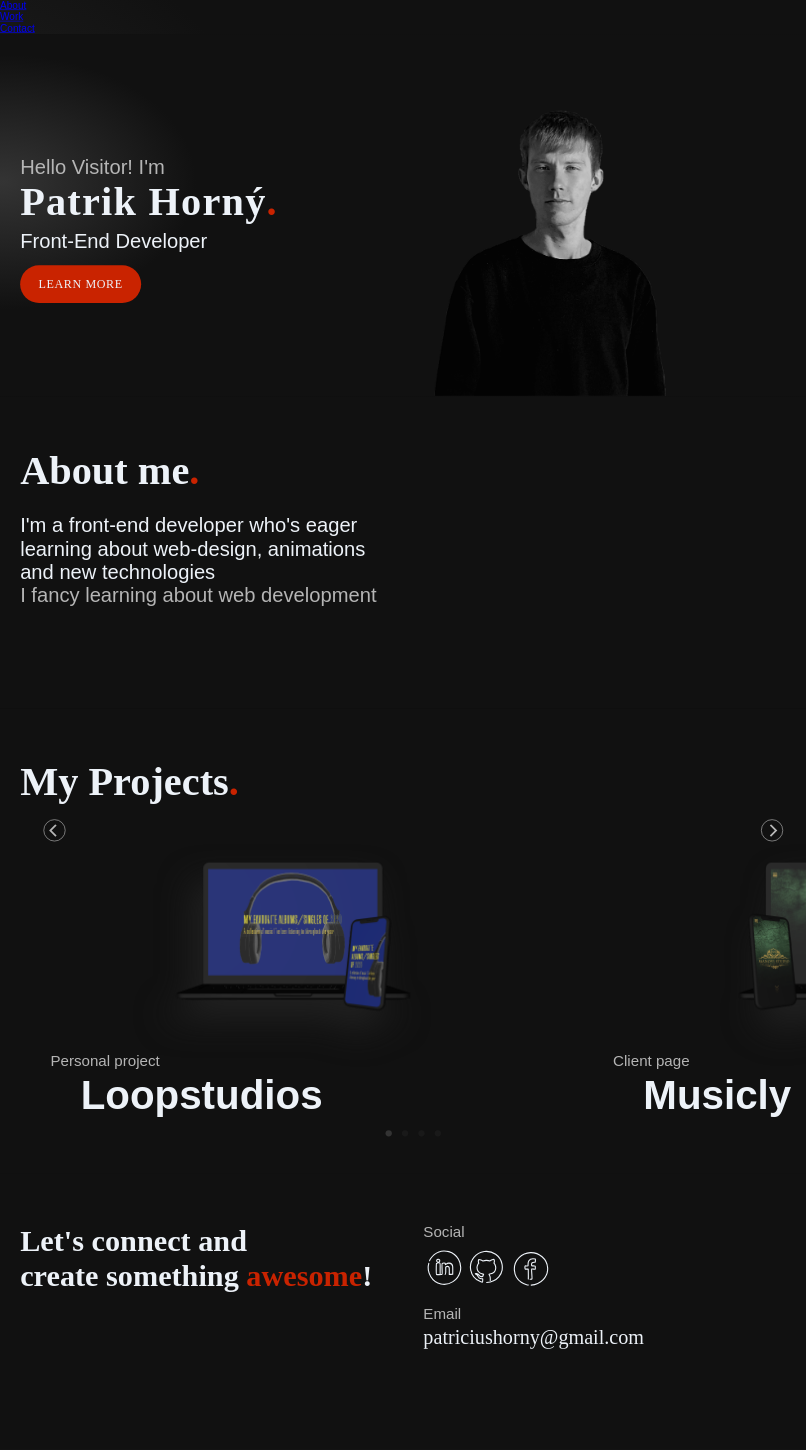
Repository: Spreceriany/portfolio
Page: index.html
These files come from the project's save history. The page is drawn as it stood at one moment and after the next save; the edit follows.
The browser window is 1280 px wide. The pictures show the whole page, at 63% of full size.
Some web fonts or font styles are not loaded; a fallback is used. The style sheet was rebuilt from its Sass, Less or Tailwind sources for each picture, by a compiler version that may differ from the author's.

Above is the page before, as saved 2021-03-11 12:28:37.

### index.html
<!DOCTYPE html>
<html lang="en">

<head>
    <meta charset="UTF-8">
    <meta http-equiv="X-UA-Compatible" content="IE=edge">
    <meta name="viewport" content="width=device-width, initial-scale=1.0">
    <title>Patrik Horny | Portfolio</title>
    <link rel="stylesheet" href="css/style.css">
    <link rel="preconnect" href="https://fonts.gstatic.com">
    <link href="https://fonts.googleapis.com/css2?family=Asul&family=Chivo:wght@900&display=swap" rel="stylesheet">
    <link rel="stylesheet" href="https://unpkg.com/flickity@2/dist/flickity.min.css">

</head>

<body>
    <header>
        <nav>
            <ul>
                <li><a href="#">About</a></li>
                <li><a href="#">Work</a></li>
                <li><a href="#">Contact</a></li>
            </ul>
            <div class="burger">
                <div class="line1"></div>
                <div class="line2"></div>
                <div class="line3"></div>
            </div>
        </nav>
    </header>

    <main>
        <section class="hero">
            <div class="hero__left-col">
                <p class="gray">Hello Visitor! I'm</p>
                <h1>Patrik Horný<span class="orange">.</span></h1>
                <p>Front-End Developer</p>
                <a href="#" class="btn">Learn more</a>

            </div>
            <div class="hero__right-col">
                <img src="./img/my_photo.png" alt="my-photo">

            </div>
        </section>

        <section class="about">
            <div class="about__left-col">
                <h2>About me<span class="orange">.</span></h2>
                <p>I'm a front-end developer who's eager learning about web-design, animations and new technologies
                </p>
                <p class="gray">I fancy learning about web development</p>
            </div>


        </section>

        <section class="work">
            <h2>My Projects<span class="orange">.</span></h2>
            <div class="carousel">

                <a class="work__item" href="https://musicly2020.netlify.app/">
                    <div class="block">
                        <img srcset="./img/musicly-mob/musicly-sm_aquzlh_c_scale,w_200.png 200w,
                        ./img/musicly-mob/musicly-sm_aquzlh_c_scale,w_662.png 611w,
                         ./img/musicly-lg.png  900w" src="./img/mobile/musicly-sm.png"  class="block-image" alt="musicly">

                        <small>Personal project</small>
                        <h3>Musicly 2020</h3>
                    </div>
                </a>

                <a class="work__item" href="https://manovistudio.dk/">
                    <div class="block">
                         <img srcset="./img/manovi-mob/manovistudio_euxpyv_c_scale,w_200.png 200w,
                         ./img/manovi-mob/manovistudio_euxpyv_c_scale,w_519.png 433w,
                         ./img/manovi-mob/manovistudio_euxpyv_c_scale,w_741.png 611w,
                         ./img/manovi-lg.png 900w"

                         src="./img/mobile/manovistudio.png" alt="manovistudio" class="block-image">
                         <small>Client page</small>
                         <h3>Manovistudio</h3>
                    </div>

                </a>

                <a class="work__item" href="https://wrappedgreen.netlify.app/">
                    <div class="block">
                          <img srcset="./img/wrapped-mob/wrapped-sm_lgvr6n_c_scale,w_200.png 200w,
                          ./img/wrapped-mob/wrapped-sm_lgvr6n_c_scale,w_583.png 433w,
                          ./img/wrapped-mob/wrapped-sm_lgvr6n_c_scale,w_848.png 644w,
                          ./img/wrapped-lg.png 900w"
                          src="./img/mobile/wrapped-sm.png" class="block-image" alt="wrappedgreen">
                          <small>Landing page</small>
                          <h3>Wrapped Green</h3>
                    </div>

                </a>



                <a class="work__item" href="https://loopstudiovr.netlify.app/">
                    <div class="block">
                        <img srcset="./img/loop-mob/loopstudios-sm_hzrmrv_c_scale,w_200.png 200w,
                        ./img/loop-mob/loopstudios-sm_hzrmrv_c_scale,w_433.png 433w,
                        ./img/loop-mob/loopstudios-sm_hzrmrv_c_scale,w_611.png 611w,
                        ./img/loop-lg.png 900w" src="./img/loop-mob/loopstudios-sm_hzrmrv_c_scale,w_200.png"
                    alt="loopstudios" class="block-image">
                        <small>Landing page</small>
                        <h3>Loopstudios</h3>

                    </div>

                </a>





            </div>

        </section>

        <section class="contact">
            <div class="contact__left-col">
                <h3>Let's connect and</h3>
                <h3>create something <span class="orange">awesome</span>! </h3>
            </div>

            <div class="contact__right-col">
                <small class="gray">Social
                </small>
                <ul>
                    <li><a href="https://www.linkedin.com/in/patrik-horn%C3%BD-42b797205/">
                            <?xml version="1.0" ?><svg height="256px" id="Layer_1" version="1.1" viewBox="0 0 256 256"
                                width="256px" xml:space="preserve" xmlns="http://www.w3.org/2000/svg"
                                xmlns:xlink="http://www.w3.org/1999/xlink">
                                <path class="st0"
                                    d="M34.367,105.308c-15.255,58.994,21.499,118.714,77.309,130.865c54.491,11.864,108.741-24.931,122.132-78.209  c13.576-54.011-18.103-112.414-72.055-127.246C77.289,8.035,39.505,84.527,39.501,88.37" />
                                <path class="st0"
                                    d="M106.662,168.972c-0.36-21.051,0.978-61.432-0.945-63.422  c-1.923-1.99-17.046-7.923-19.883-12.471c-2.838-4.548-2.011-13.662,8.126-13.674s11.419,8.666,8.78,14.31  c-2.64,5.644-17.584,9.811-19.288,12.105c-1.704,2.294-2.429,68.28,0,69.899c2.429,1.619,32.926,1.484,35.624-0.54  c2.699-2.024-3.374-67.47,0-69.09s17.407-1.889,19.162-1.079c1.754,0.81,0.675,7.692,1.889,8.366  c1.214,0.675,10.171-11.177,24.289-9.446c10.46,1.282,19.837,10.121,21.321,18.892s0.899,34.545,0.54,51.817  c-7.197,0.27-14.394,0.675-21.59,0.945c-0.27-14.574,1.08-33.6-0.81-43.586c-1.889-9.986-22.328-9.849-22.13,0  s1.619,43.586-2.699,43.451"
                                    id="linkedin" />
                            </svg>
                        </a></li>
                    <li><a href="https://github.com/Spreceriany">
                            <?xml version="1.0" ?><svg height="256px" id="Layer_2" version="1.1" viewBox="0 0 256 256"
                                width="256px" xml:space="preserve" xmlns="http://www.w3.org/2000/svg"
                                xmlns:xlink="http://www.w3.org/1999/xlink">
                                <path class="st0" d="M128.1,222.073" />
                                <path class="st0"
                                    d="M130.164,226.986c63.917-3.557,108.667-52.057,97.259-116.5c-9.288-52.47-60.722-87.613-112.739-80.577  C61.952,37.041,21.39,85.877,27.386,139.004c5.689,47.857,35.128,70.23,59.685,80.335c5.717,2.353,13.401,5.785,15.997,5.229  c2.596-0.556,1.763-14.95,1.763-21.889c-16,2.459-21.475-3.841-24.875-7.563c-3.857-4.222-6.125-8.563-10.063-14.938  s-11.063-4.875-11.813-8.563s15-2.688,26.313,11.25c8.188,10.146,16.928,7.089,21.625,4.188c0.154-1.612,0.526-3.775,1.438-6.188  c0.967-2.557,3.625-4.104,3.208-5.854c-0.417-1.75-21.804-0.577-34-17.667c-8.809-12.344-9.129-26.955-5.667-37.833  c2.322-7.297,6.196-12.443,8.833-15.417c-1.011-2.162-2.513-6.109-2.583-11.25c-0.076-5.549,1.554-9.796,2.583-12  c3.492,0.104,8.54,0.644,14.25,2.667c5.469,1.937,9.593,4.542,12.333,6.583c4.975-1.671,12.218-3.489,21.083-3.667  c10.135-0.203,18.344,1.819,23.667,3.583c2.616-2.336,6.987-5.648,13.167-7.917c4.489-1.648,8.518-2.229,11.5-2.417  c1.143,2.165,3.075,6.519,3.167,12.332c0.085,5.351-1.426,9.47-2.416,11.664c2.867,3.459,7.394,9.875,9.502,18.995  c0.751,3.249,4.857,20.981-6.996,36.24c-12.408,15.974-33.06,13.524-33.992,15.73c-0.932,2.206,3.964,6.297,6.266,14.877  c2.302,8.58,1.327,24.979,1.327,24.979" />
                            </svg>
                        </a></li>

                    <li><a href="https://www.facebook.com/profile.php?id=100007154296012">
                            <?xml version="1.0" ?><svg height="256px" id="Layer_1" version="1.1" viewBox="0 0 256 256"
                                width="256px" xml:space="preserve" xmlns="http://www.w3.org/2000/svg"
                                xmlns:xlink="http://www.w3.org/1999/xlink">
                                <g>
                                    <path class="st0"
                                        d="M118.489,204.01c0.668-30.724-0.583-59.627-0.514-61.433c0.099-2.572-16.945,1.061-19.046-1.053   c-2.101-2.114-3.309-18.205-0.521-19.591s15.355,1.129,18.007-0.526c2.652-1.655-11.513-55.269,46.601-43.421   c1.589,0.795-0.132,18.732-1.059,20.122c-0.927,1.39-12.708-1.787-19.062,3.177c-6.354,4.964-3.707,18.664-2.383,19.591   c1.324,0.927,20.188,0.198,21.445,1.589s1.456,18.798,0,20.122c-1.456,1.324-20.819-2.41-22.769-1.058   c-1.606,1.113,4.224,60.038,2.558,62.373c-1.666,2.335-7.731,2.133-11.56,2.226" />
                                    <path class="st0"
                                        d="M136.577,243.358c60.912-1.648,108.145-53.478,104.395-110.472c-3.662-55.647-54.02-97.612-108.923-95.753   C76.39,39.017,29.02,85.605,29.68,141.555c1.549,87.443,85.505,102.61,89.2,101.551" />
                                </g>
                            </svg>
                        </a></li>
                </ul>
                <small class="gray">Email</small>
                <a href="mailto:patriciushorny@gmail.com">patriciushorny@gmail.com</a>
            </div>

        </section>
    </main>

    <script src="https://unpkg.com/flickity@2/dist/flickity.pkgd.min.js"></script>

    <script src="js/script.js"></script>

</body>

</html>

### js/script.js
var elem = document.querySelector(".carousel");
var flkty = new Flickity(elem, {
  contain: true,

  prevNextButtons: true,
  pageDots: true,
  cellAlign: "left",
  contain: true,
  wrapAround:true,

});

### css/style.scss
@import "/css/button/button.scss";
@import "./colors/colors.scss";
@import "./mixin/mixin";

body {
  font-family: "Asul", "Chivo", sans-serif;
  margin: auto;
  max-width: 1920px;
  overflow-x: hidden;
  background: radial-gradient(
    59.93% 44.1% at -11.63% 36.77%,
    #343434 0%,
    #111111 100%
  );
}

* {
  box-sizing: border-box;
  margin: 0;
  padding: 0;
  -webkit-font-smoothing: antialiased;
  -moz-osx-font-smoothing: grayscale;
}




main {
  margin: 0 auto;
  background-color: black;
}

.hero {
  width: 100%;

  margin: 0 auto;
  min-height: 80vh;
  @media(min-width:556px){
    max-height: 100vh;
  }
  background: radial-gradient(
    59.93% 44.1% at -11.63% 36.77%,
    #343434 0%,
    #111111 100%
  );
  @media(min-width:556px){
    background: radial-gradient(23.93% 35.1% at 0.37% 40.77%, #343434 0%, #111111 100%);
  }
  align-items: center;
  color: $white-ish;
  position: relative;
  @include grid(556px);

  &__left-col {
    display: flex;
    flex-direction: column;
    padding-left: 2em;
    padding-top: 4em;
    ul {
      list-style-type: none;
      li {
        display: inline-flex;
        width: 2em;
        img {
          width: 100%;
        }
      }
    }

    p {
      @include clamping(1rem, 3vw, 2rem);
    }

    h1 {
      @include clamping(2rem, 5vw, 6rem);
      margin-bottom: 0.1em;
      letter-spacing: 0.03em;
      font-family: "Chivo";
    }
  }

  &__right-col {
    position: relative;

    display: flex;
    flex-direction: column;
    align-items: flex-end;
    width: 100%;
    height: 100%;
    &::after {
      content: "";
      position: absolute;
      width: 100%;
      height: 100%;
      bottom: 0;
      left: 0;
      box-shadow: inset 0 -10px 10px -10px #000000;
      @media(min-width:556px){
        box-shadow: none;
      }
    }
    img {
      position: absolute;
      width: 70%;
      right: 0;
      bottom: 0;
      @media(min-width:556px){
        max-width: 90%;
        object-fit: contain;
        height: 80%;
        left:0;
        right: auto;
      }
    }
  }
}

.about {
  width: 100%;
  padding: 5em 0 10em 0;
  background-color: #111111;
  color: $white-ish;
  display: grid;

  @include grid(556px);
  &__left-col {
    padding: 0 2em;
    h2 {
      font-family: "Chivo";
      @include clamping(2rem, 5vw, 6rem);
      margin-bottom: 0.5em;
    }
    p{
      @include clamping(1.2rem, 3vw, 2rem);
    }
  }


}

.work {
  width: 100%;
  padding: 5em 0;
  position: relative;
  background-color: $black;
  padding-left: 2em;
  h2 {
    color: $white-ish;
    font-family: "Chivo";

    @include clamping(2rem, 5vw, 6rem);

  }
  &__item {
    position: relative;
    width: 69%;
    height: 100%;
    margin-right: 2em;
    display: flex;
    flex-direction: column;
    padding-bottom: 2em;


    .link{
      opacity:0;
      position: absolute;
      top: 100%;
      left: 24%;
      text-decoration: none;
      color: $white-ish;
      border:1px solid $white-ish;
    }


    .block{
      height: 100%;
    }
    .block:hover {
      .link{
        opacity:1;
        z-index: 5;
      }



    }
    img {
      width: 100%;
      height: 100%;
      object-fit: contain;
      position: relative;
    }
    &:nth-child(odd) img {
      filter: drop-shadow(-17px 31px 25px rgb(32, 32, 32));
    }
    &:nth-child(even) img {
      filter: drop-shadow(20px 31px 25px rgb(32, 32, 32));
    }

    small {
      display: block;
      color: $gray;
      font-size: clamp(0.8rem, 3vw, 1.5rem);
    }
    h2 {
      color: $white-ish;
      font-family: "Asul";
      letter-spacing: 0.02em;
      padding-left: 0;
      font-weight: normal;
      @include clamping(1.7rem, 5vw, 6rem);
    }

    h3{
      @include clamping(1.7rem, 5vw, 4rem);
      color: $white-ish;
      position: relative;
      display: inline-block;
      color: $orange;
      overflow: hidden;
      background: linear-gradient(to right, $orange, $orange 50%, $white-ish 50%);
      background-clip: text;
      -webkit-background-clip: text;
      -webkit-text-fill-color: transparent;
      background-size: 200% 100%;
      background-position: 100%;
      transition: background-position 275ms ease;
      text-decoration: none;
      &:hover {
        background-position: 0 100%;
      }
    }

    small,
    h3 {
      position: absolute;
      margin-top: 1.5em;
      top: 74%;
      padding-left: 2em;

      @media(min-width:1000px){
        margin-top:  0.8em;
      }
    }
  }
}

.carousel{
  width:100%;
  height:50vh;
  @media(min-width:1212px){
    height: 70vh;
  }

}




.flickity-viewport{
  height: 100% !important;
}

.contact{
  width: 100%;
  padding: 5em 0 10em 0em;
  background: $black;
  color: $white-ish;
  display: grid;
  grid-template-columns: 1fr;
  @media(min-width:556px){
    grid-template-columns: 1fr 1fr;
  }


  &__left-col{
    margin-bottom: 2em;
    font-family: 'Asul';
    padding: 0em 2em;
    @media(max-width:556px){
      padding: 0;
    }
    h3{
      @include clamping(2rem, 5vw, 3rem);


      .orange{

        font-weight: bold;


      }
    }
  }

  &__right-col{
    display: flex;
    flex-direction: column;
    @media(max-width:556px){
      padding:0;
    }
    padding: 0em 2em;

    small{
      @include clamping(.9rem,3vw ,1.5rem );
      margin-bottom: .2em ;
    }

    svg {
      width: 100%;
      height: 100%;
      fill: none;
      stroke: #edf2f8;
      stroke-width: 7;
      stroke-linecap: round;
      stroke-linejoin: round;
      stroke-miterlimit: 10;
      transition: stroke 0.3s, transform 0.3s ease-in;
      &:hover {
        stroke: $orange !important;
        transform: translateY(-2px);
      }
    }

    ul {
      list-style-type: none;
      li {
        display: inline-flex;
        width: 3em;
        @media(min-width:556px){
          width: 4em;
          margin-bottom: 1.5em;
        }
        img {
          width: 100%;
        }
      }
    }

    a{
      @include clamping(1.5rem, 5vw, 2rem);
      position: relative;
      display: inline-block;
      color: $orange;
      overflow: hidden;
      background: linear-gradient(to right, $orange, $orange 50%, $white-ish 50%);
      background-clip: text;
      -webkit-background-clip: text;
      -webkit-text-fill-color: transparent;
      background-size: 200% 100%;
      background-position: 100%;
      transition: background-position 275ms ease;
      text-decoration: none;
      font-family: 'Chivo';
      &:hover {
        background-position: 0 100%;
      }
    }
  }
}

.flickity-prev-next-button{
  top: 8% !important;
  width: 27px !important;
  height: 27px !important;
  border-radius: 50% !important;
  transform: translateY(-50%);
  margin: 0 1em;

  @media(min-width:556px){
    margin:0 2em;
    width: 35px !important;;
    height: 35px !important;
  }
}

.flickity-button {
  position: absolute;
  background: transparent !important;
  border: 1px solid $gray !important;
  color: $gray !important;
}

.flickity-button-icon:focus-within, .flickity-button-icon:hover{
  color: $orange;
}

.block:hover .block-image{
  opacity: .5;

}

.block:hover::before{
  content: 'See project';
  position: absolute;
  width: 14%;
  height: 2%;
  top: 38%;
  color: #edf2f8;
  border: 1px solid #edf2f8;
  left: 0;
  z-index: 10;
  padding: 1em .6em;
  text-align: center;
  left: 41%;
}

### css/button/button.scss
@import "/css/colors/colors";
@import "/css/mixin/mixin";

.btn {
    background-color: $orange;
    padding: 1em 0.7em;
    color: $white-ish;
    border-radius: 9999px;
    width: 10em;
    flex-shrink: 0;
    text-align: center;
    text-decoration: none;
    text-transform: uppercase;
    font-family: "Chivo";
    letter-spacing: 0.05em;
    margin: 1em 0;
    @include clamping(.8rem,3vw ,1.2rem );
    &:hover {
      background-color: transparent;
    }
    @media(min-width:556px){

      padding: 1em .5em;

    }
  }

### css/colors/_colors.scss
$white-ish: #edf2f8;
$orange: rgb(201, 35, 0);
$gray: #b5b5b5;
$black: #111111;

.orange {
    color: $orange;
  }

.gray {
color: $gray;
}

### css/mixin/_mixin.scss
@mixin clamping($min, $mid, $max) {
  font-size: clamp($min, $mid, $max);
}

@mixin grid($breakpoint) {
  display: grid;
  grid-template-columns: 1fr;
  @media (min-width: $breakpoint) {
    grid-template-columns: 1fr 1fr;
  }
}

### css/components/_header.scss
@import "/css/colors/colors.scss";
@import "/css/mixin/mixin";

header {
    max-width: 1440px;
    margin: 0 auto;
    min-height: 13vh;
    position: absolute;
    top: 0;
    left: 0;
    right: 0;
    display: flex;
    justify-content: flex-end;
    z-index: 2;
    nav {
      min-height: 10vh;
      display: flex;
      align-items: center;
      top: 0;
      right: 0;

      .burger {
        cursor: pointer;
        margin-right: 2em;
        @media (min-width: 996px) {
          display: none;
        }
        div {
          background-color: $orange;
          margin: 0.3em;
          transition: transform 500ms ease, opacity 500ms ease, width 500ms ease;
          &:nth-child(1) {
            width: 1.5em;
            height: 0.2em;
          }
          &:nth-child(2) {
            width: 1em;
            height: 0.2em;
          }

          &:nth-child(3) {
            width: 0.6em;
            height: 0.2em;
          }
        }
      }

      ul {
        margin-left: auto;
        display: none;
        @media (min-width: 992px) {
          display: block;
        }

        li {
          display: inline-block;
          padding: 0.5em 2em;
          font-size: 1.5rem;
          text-transform: uppercase;
          cursor: pointer;

          &:last-of-type {
            border: 2px solid $orange;
            border-radius: 9999px;
            background-image: linear-gradient($orange, $orange);
            background-position: 50% 50%;
            background-repeat: no-repeat;
            background-size: 0% 100%;
            transition: background-size 0.3s;
            margin-right: 4em;
            &:hover {
              background-size: 100% 100%;
            }
          }

          &:not(:last-child) a:hover {
            color: $orange;
          }
          a {
            width: 100%;
            text-decoration: none;
            color: $white-ish;
            letter-spacing: 0.1em;
            transition: color 0.3s ease-out;
          }
        }
      }
    }
  }

After the next save:
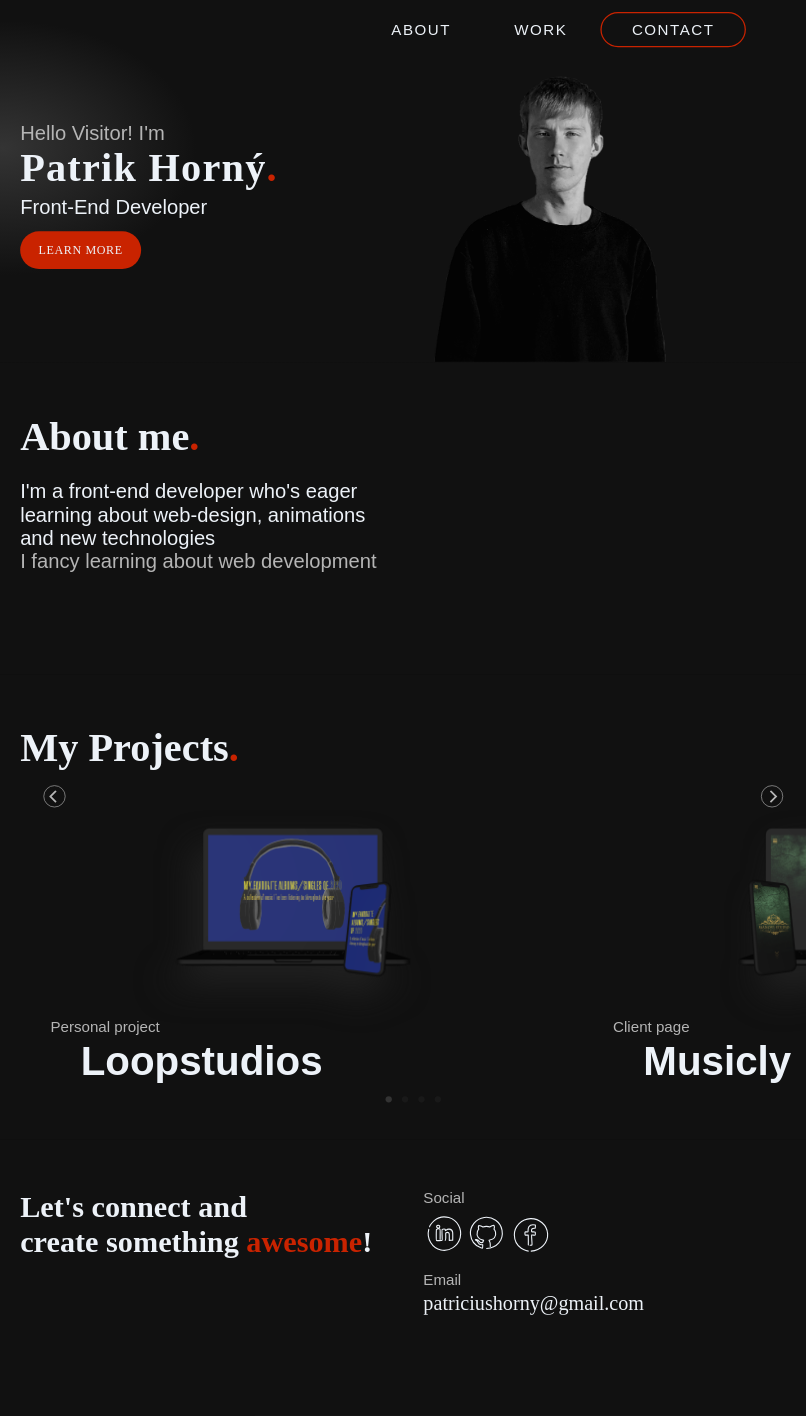
Saved 36 s later.
--- a/css/style.scss
+++ b/css/style.scss
@@ -1,6 +1,7 @@
 @import "/css/button/button.scss";
 @import "./colors/colors.scss";
 @import "./mixin/mixin";
+@import "./components/header";
 
 body {
   font-family: "Asul", "Chivo", sans-serif;
